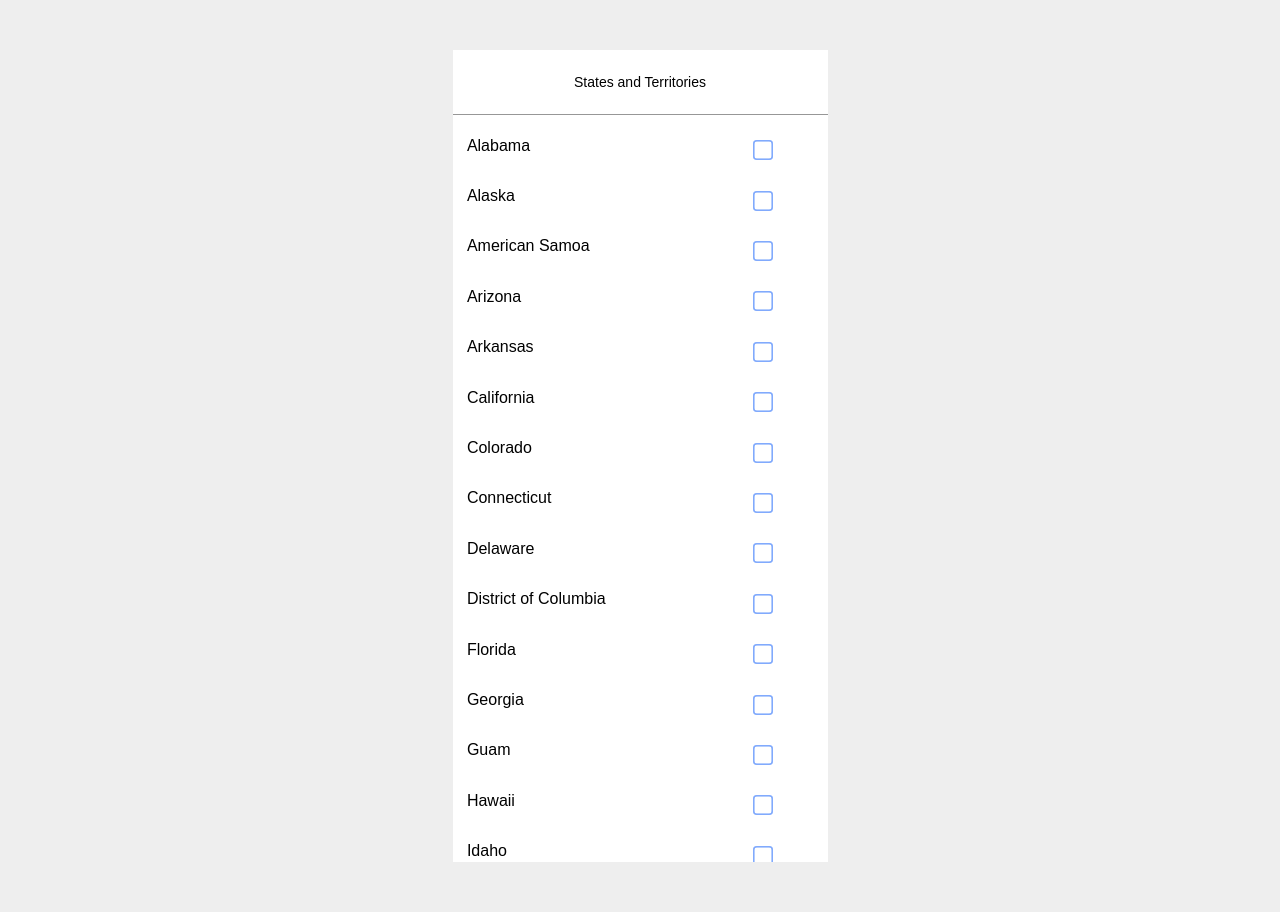
Repository: zitac234/codingTest
Page: /
An editor plug-in stored every save of this project. The page is shown before and after the next save, followed by the edit.
The browser window is 1280 px wide. The pictures show the whole page.
The project was rebuilt for these pictures with package versions that can differ from the ones it lists, and the page was loaded fresh each time.

Above is the page before, as saved 2021-03-31 15:24:46.

After the next save:
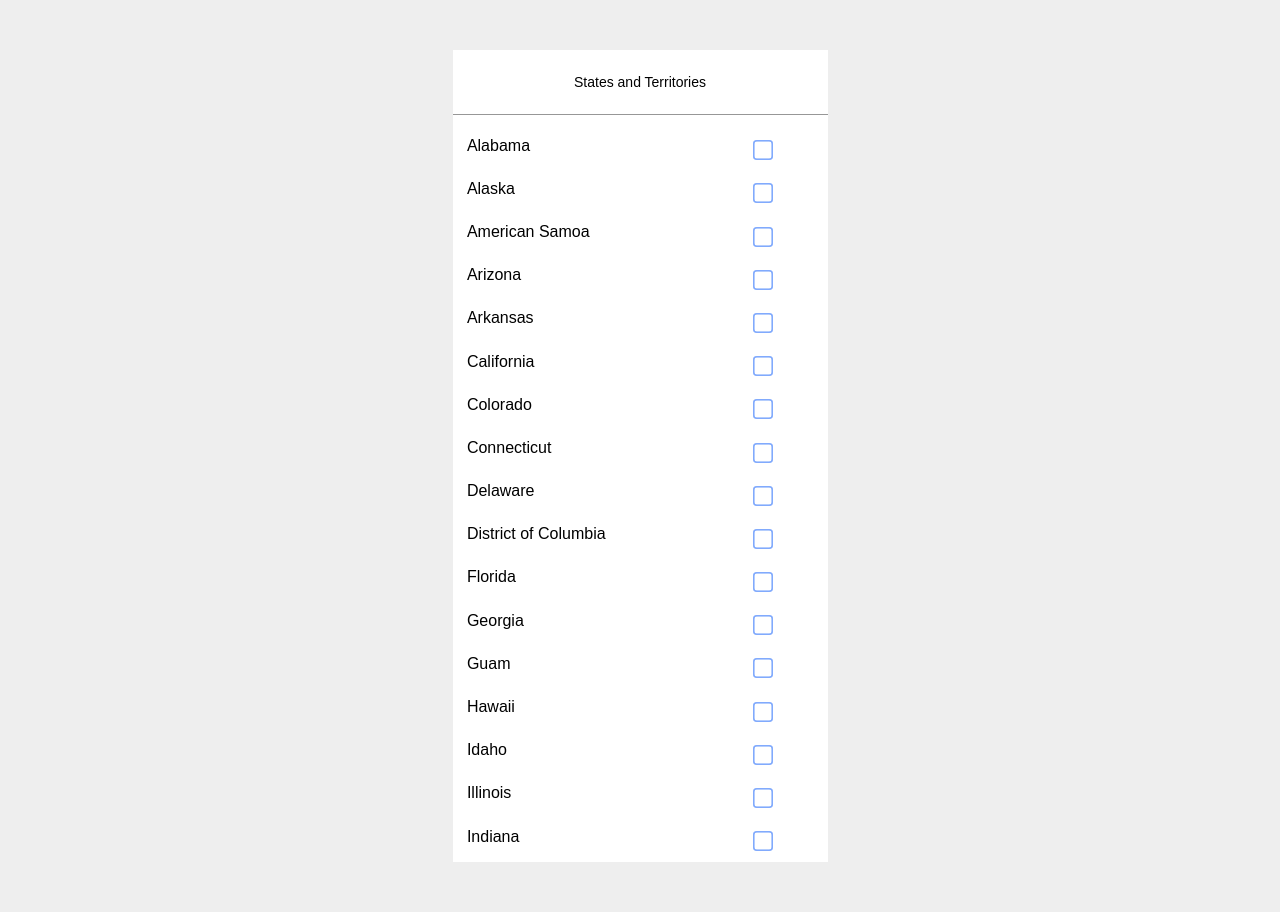
Saved 6 s later.
--- a/src/List.css
+++ b/src/List.css
@@ -3,7 +3,7 @@
   overflow: auto;
 }
 .line{
-  height: 4vh;
+  height: 3vh;
   margin-top: 3vh;
 }
 .checkbox{
